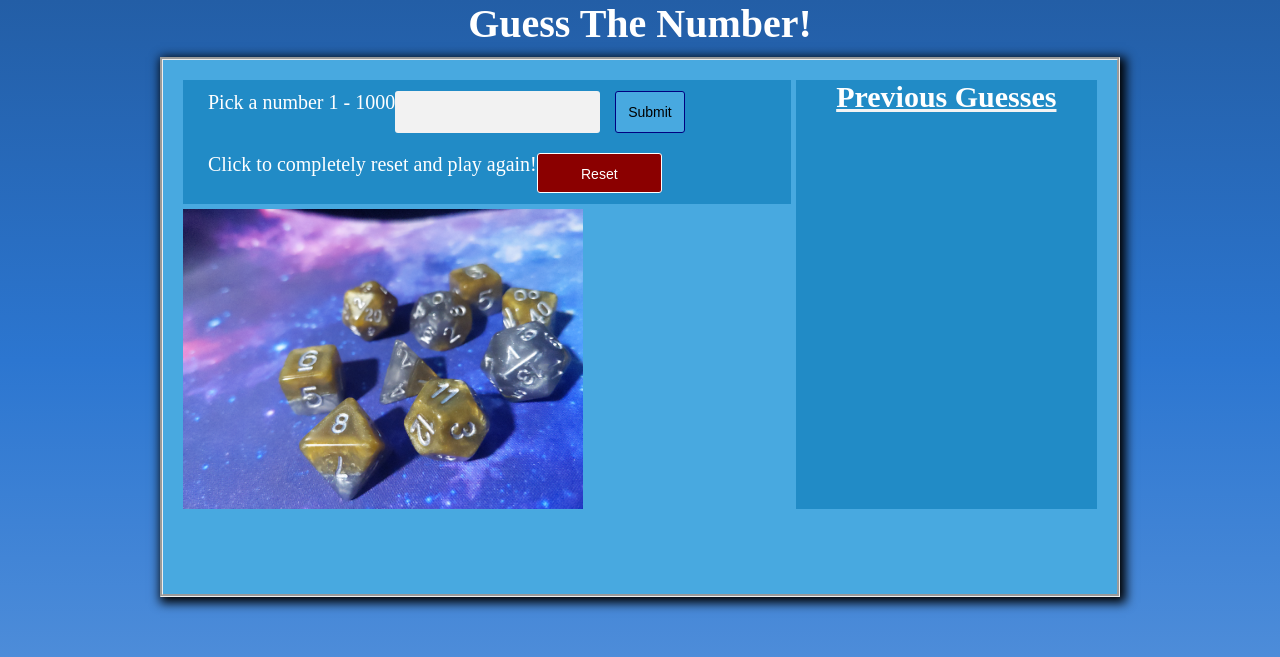
Repository: mlmEFSC21/P15-Modified-Guessing-Game
Page: guess.html
These files come from the project's save history. The page is drawn as it stood at one moment and after the next save; the edit follows.
The browser window is 1280 px wide. The pictures show the whole page.

Above is the page before, as saved 2022-03-23 18:29:19.

After the next save:
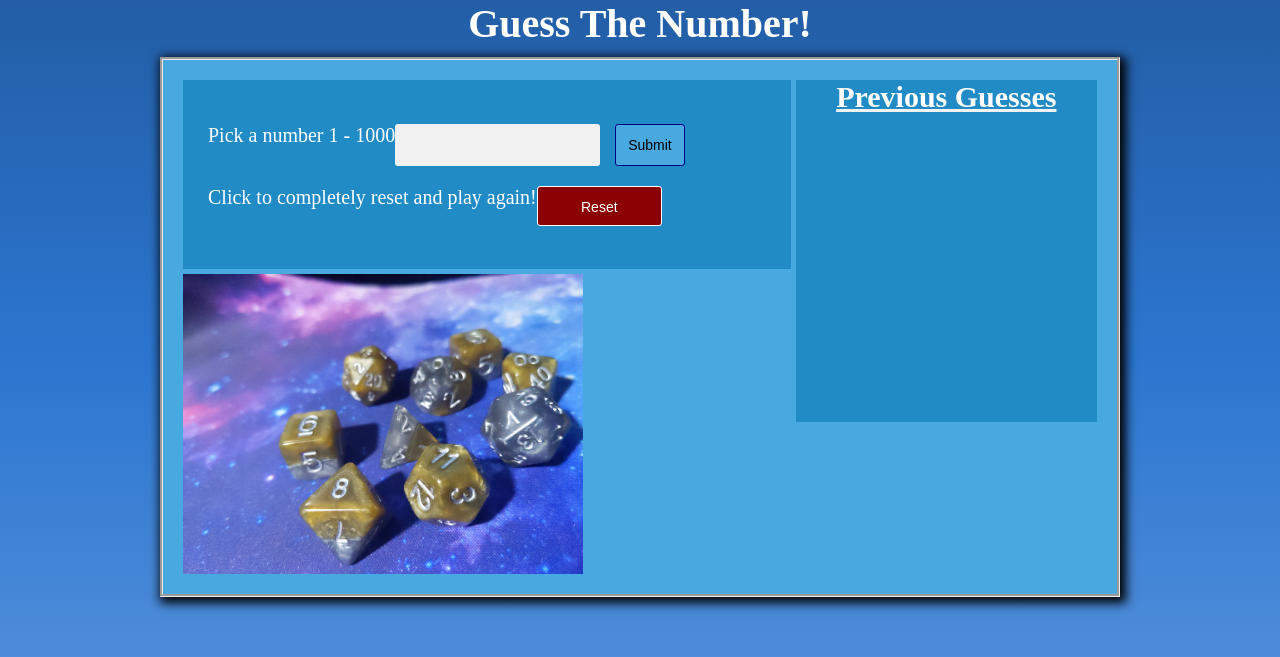
Saved 13 s later.
--- a/guess.css
+++ b/guess.css
@@ -80,6 +80,7 @@ img {
     width: 400px;
     height: 300px;
     grid-column: 1 / 3;
+    grid-row: 3 / 5;
 }
 button {
     border: solid 1px white;
